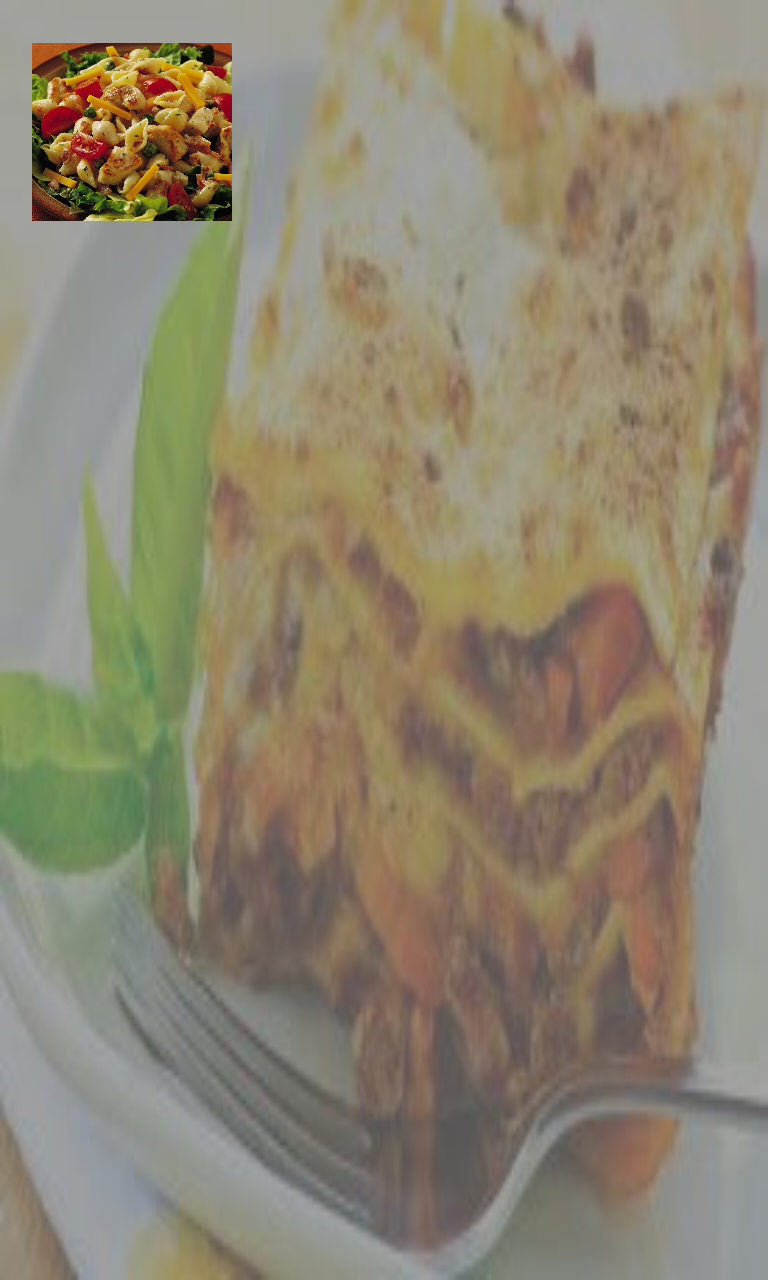
Repository: SubhaVasudevan/coday
Layout: MealsWithCare/res/layout/activity_main.xml
An editor plug-in stored every save of this project. The layout is shown before and after the next save, followed by the edit.
It is drawn on a 768 x 1280 px phone screen (xhdpi) without system bars, with theme android:Theme.NoTitleBar; the app's code is not run.

Above is the layout before, as saved 2014-11-01 00:23:20.

After the next save:
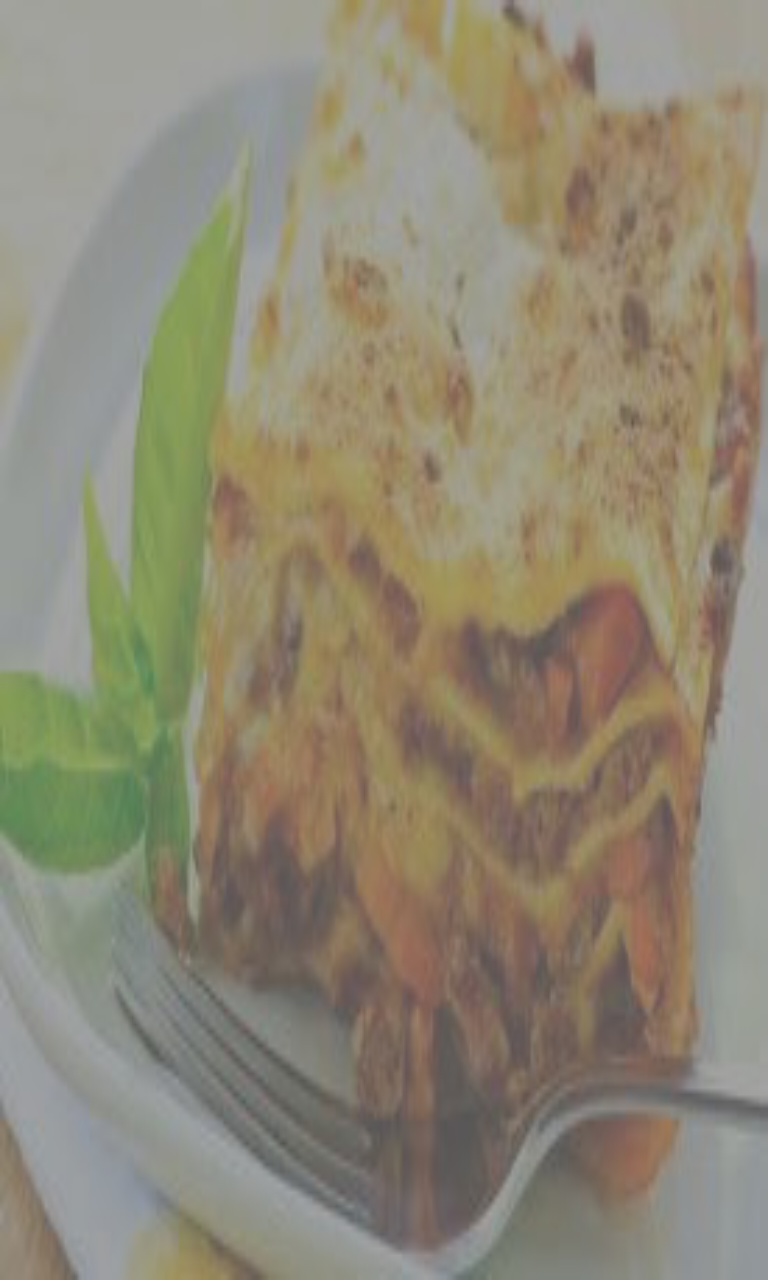
Saved 14 s later.
--- a/MealsWithCare/res/layout/activity_main.xml
+++ b/MealsWithCare/res/layout/activity_main.xml
@@ -11,8 +11,8 @@
 
     <ImageView
         android:id="@+id/test_image"
-        android:layout_width="100"
-        android:layout_height="100"
+        android:layout_width="100dpi"
+        android:layout_height="100dpi"
         android:src="@drawable/nutritiousmeals" />
 
 </RelativeLayout>

After the save that followed:
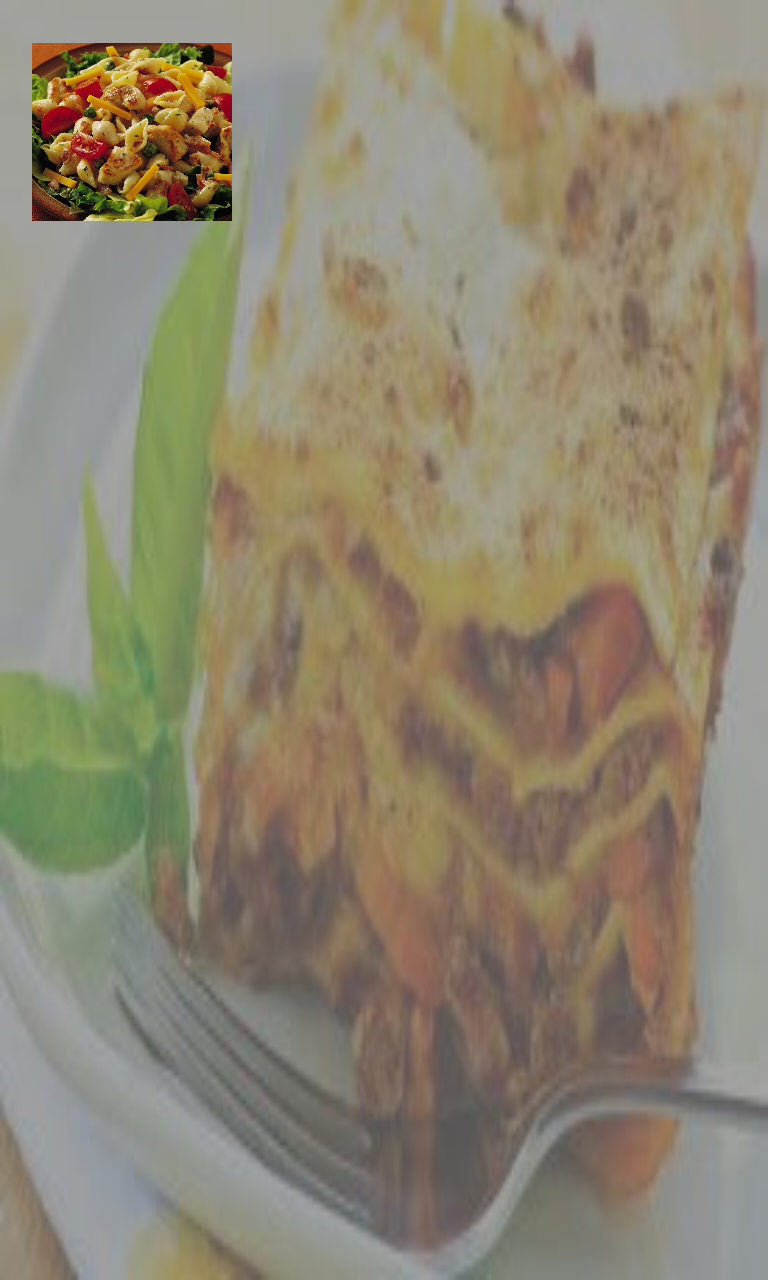
Saved 66 s later.
--- a/MealsWithCare/res/layout/activity_main.xml
+++ b/MealsWithCare/res/layout/activity_main.xml
@@ -11,8 +11,8 @@
 
     <ImageView
         android:id="@+id/test_image"
-        android:layout_width="100dpi"
-        android:layout_height="100dpi"
+        android:layout_width="100dp"
+        android:layout_height="100dp"
         android:src="@drawable/nutritiousmeals" />
 
 </RelativeLayout>
